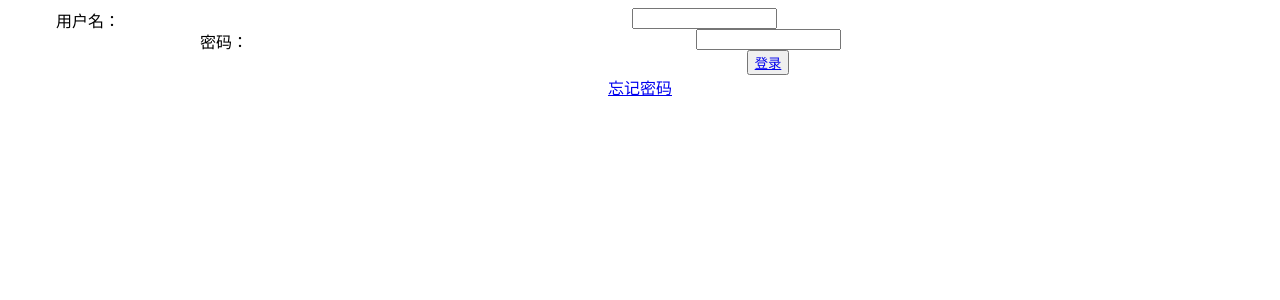
Repository: never-404/Intelligent-recommendation-system
Page: http://localhost/Intelligent-recommendation-system/log.jsp
The author's editor kept a copy of each file at every save. The page is drawn from the files as they stood at one save, then again after the next save.
The browser window is 1280 px wide. The pictures show the whole page.
The page is served by Tomcat 9. Nobody is signed in. The application's start-up code is not run.

Above is the page before, as saved 2019-04-12 07:37:22.

After the next save:
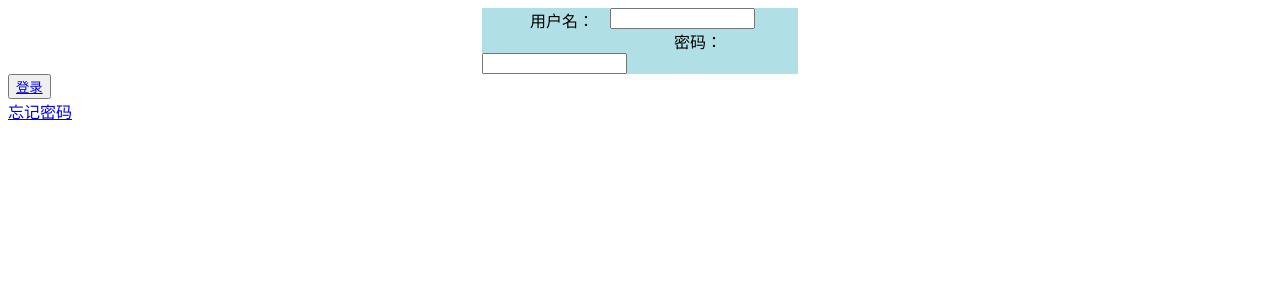
Saved 78 s later.
--- a/Intelligent-recommendation-system/WebRoot/log.jsp
+++ b/Intelligent-recommendation-system/WebRoot/log.jsp
@@ -31,19 +31,20 @@
 	</head>
 
 	<body>
-    <div class="a">
+    <div class="table">
     	<lable>用户名：</lable><input type="text" name="number" size="15" maxlength="10">
         <!--学号为10位-->
         <br>
         <lable>密码：</lable><input type="password" name="passport" size="15" maxlength="10">
         <br>
+    </div>
         <button id="denglu">
             <a href="mainpage.jsp">登录</a></button>
             <!-- 不同的登录界面链接到的页面也不同 -->
         <br>
             <a href="forget_pswd.jsp"> 忘记密码</a>
             <!--忘记密码跳转的网址-->
-    </div>
+
 
 	</body>
 
